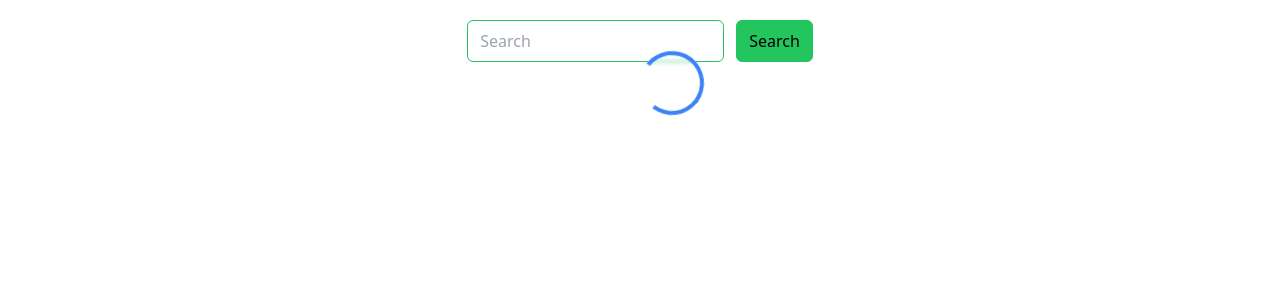
Repository: kimhieu153255/Image-search-app
Page: /
An editor plug-in stored every save of this project. The page is shown before and after a run of saves, followed by the edit.
The browser window is 1280 px wide. The pictures show the whole page.
The project was rebuilt for these pictures with package versions that can differ from the ones it lists, and the page was loaded fresh each time. Also part of the build but not shown: vite.config.js, src/Components/Button/Loadmore.jsx, src/Components/Card/Card.jsx.

Above is the page before, as saved 2023-10-26 20:29:42.

After the next 2 saves:
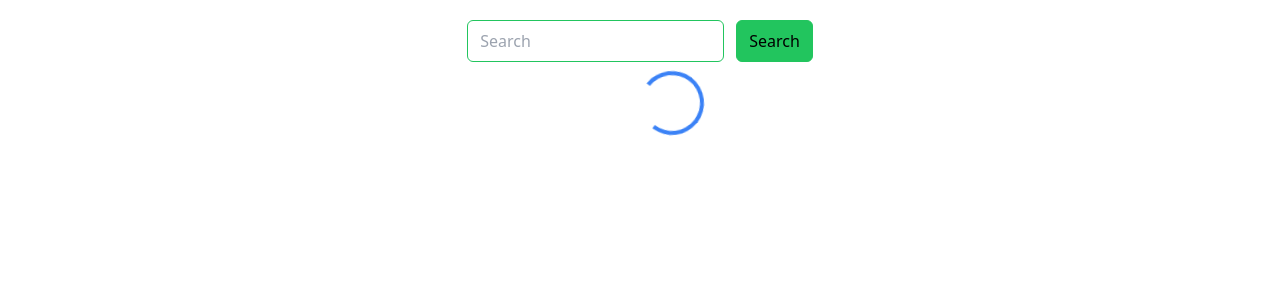
The 2 saves are shown as one change because they came seconds apart.
The last was saved 8 s later.
--- a/src/App.jsx
+++ b/src/App.jsx
@@ -13,7 +13,7 @@ function App() {
         <Loadmore></Loadmore>
       </div>
       {isLoading && (
-        <div className="inset-0 absolute">
+        <div className="inset-0 absolute top-10">
           <div className="inline-block h-16 w-16 animate-spin rounded-full border-4 border-solid border-r-transparent align-[-0.125em] text-secondary motion-reduce:animate-[spin_1.5s_linear_infinite] border-blue-500 absolute top-1/2 left-1/2 backdrop-blur-[2px]">
             <span className="!absolute !-m-px !h-px !w-px !overflow-hidden !whitespace-nowrap !border-0 !p-0 ![clip:rect(0,0,0,0)]"></span>
           </div>
